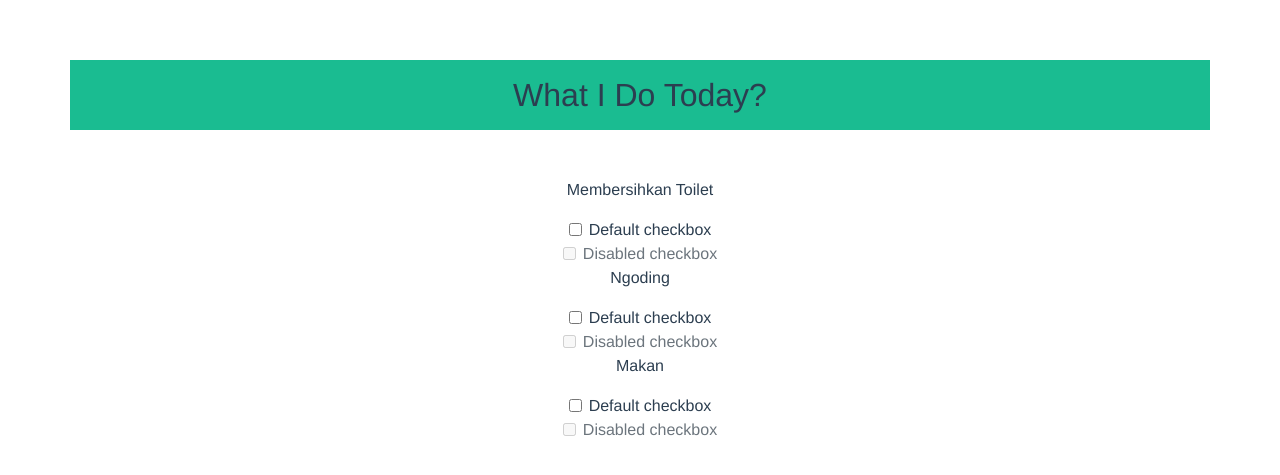
Repository: AdiPrimanto/praxis-academy
Page: / (app in novice/03-05/todolist/)
The author's editor kept a copy of each file at every save. The page is drawn from the files as they stood at one save, then again after the next save.
The browser window is 1280 px wide. The pictures show the whole page.
The project was rebuilt for these pictures with package versions that can differ from the ones it lists, and the page was loaded fresh each time.

Above is the page before, as saved 2019-11-29 14:36:31.

After the next save:
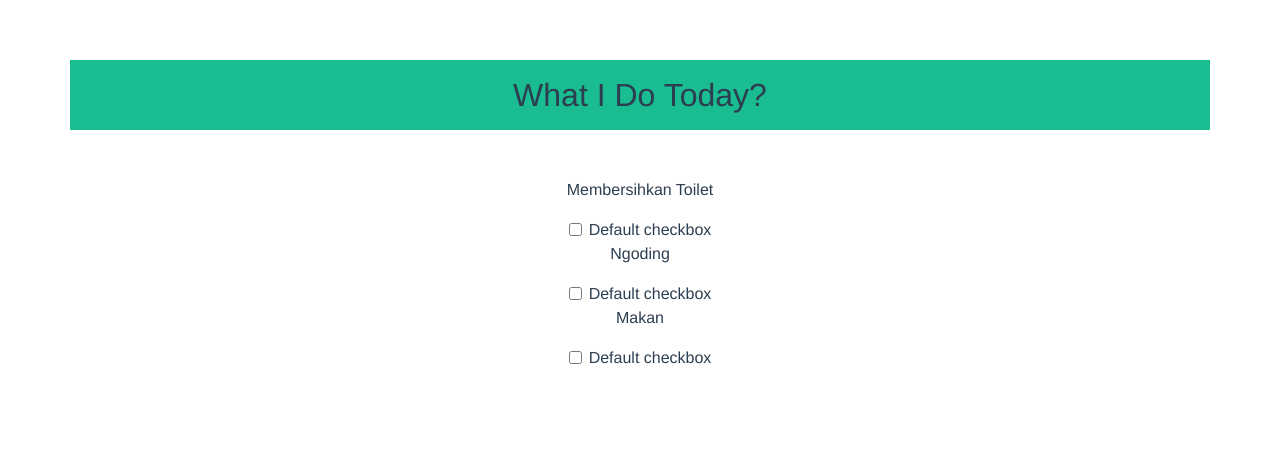
Saved 53 s later.
--- a/novice/03-05/todolist/src/App.vue
+++ b/novice/03-05/todolist/src/App.vue
@@ -15,12 +15,6 @@
                 <input class="form-check-input" type="checkbox" value="" id="defaultCheck1">
                 <label class="form-check-label" for="defaultCheck1">
                   Default checkbox
-                </label>
-              </div>
-              <div class="form-check">
-                <input class="form-check-input" type="checkbox" value="" id="defaultCheck2" disabled>
-                <label class="form-check-label" for="defaultCheck2">
-                  Disabled checkbox
                 </label>
               </div>
             </div>
